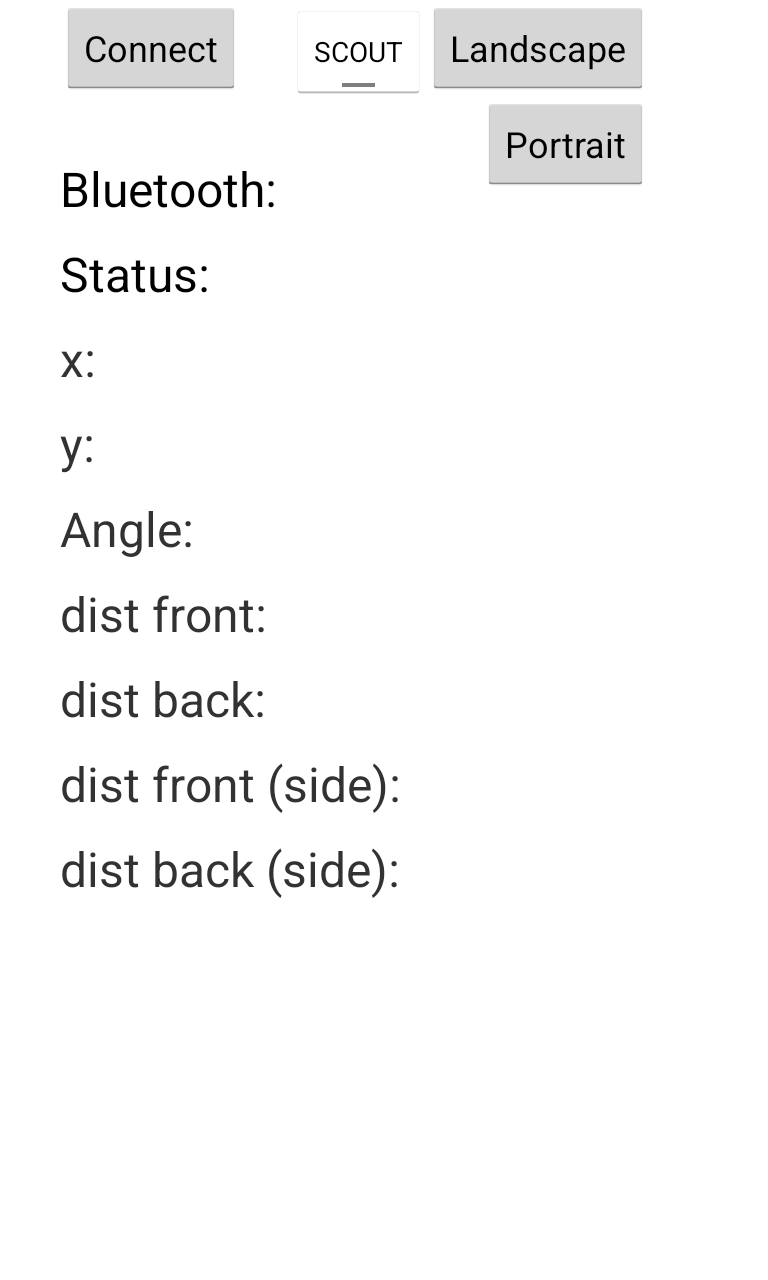
Repository: VietPhamTuyen/HSAMR_HMI_Viet
Layout: NXT/NXT Fernsteuerung/res/layout/activity_main.xml
These files come from the project's save history. The layout is drawn as it stood at one moment and after the next save; the edit follows.
It is drawn on a 768 x 1280 px phone screen (xhdpi) without system bars, with theme AppTheme; the app's code is not run.

Above is the layout before, as saved 2014-11-14 20:55:31.

After the next save:
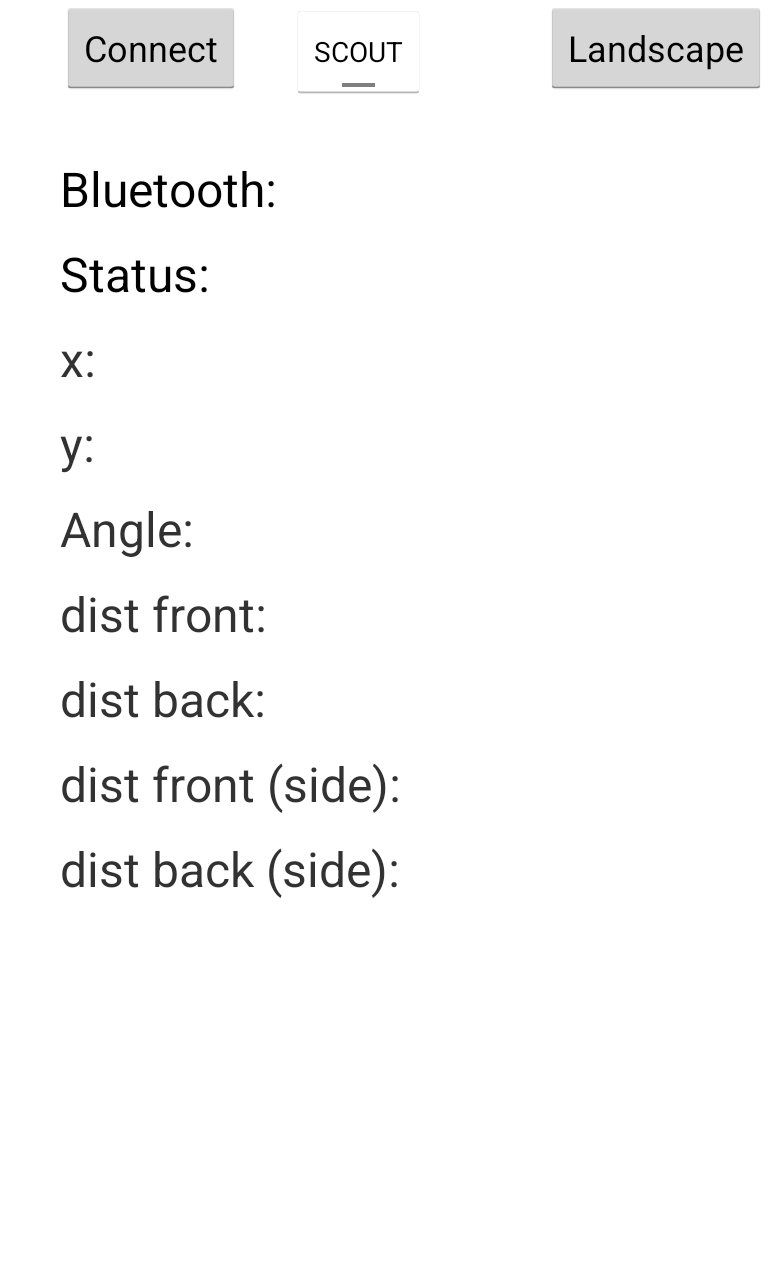
Saved 52 s later.
--- a/NXT/NXT Fernsteuerung/res/layout/activity_main.xml
+++ b/NXT/NXT Fernsteuerung/res/layout/activity_main.xml
@@ -247,19 +247,9 @@
         android:id="@+id/landscapebutton"
         android:layout_width="wrap_content"
         android:layout_height="wrap_content"
+        android:layout_alignParentRight="true"
         android:layout_alignParentTop="true"
-        android:layout_alignRight="@+id/textViewLabelBluetooth"
-        android:layout_marginRight="29dp"
-        android:text="@string/landscapeButton"
-        android:onClick="LandscapeButton" />
-
-    <Button
-        android:id="@+id/landscapebutton2"
-        android:layout_width="wrap_content"
-        android:layout_height="wrap_content"
-        android:layout_alignRight="@+id/landscapebutton"
-        android:layout_below="@+id/landscapebutton"
-        android:text="@string/portraitButton"
-        android:onClick="LandscapeButton2" />
+        android:onClick="LandscapeButton"
+        android:text="@string/landscapeButton" />
 
 </RelativeLayout>
